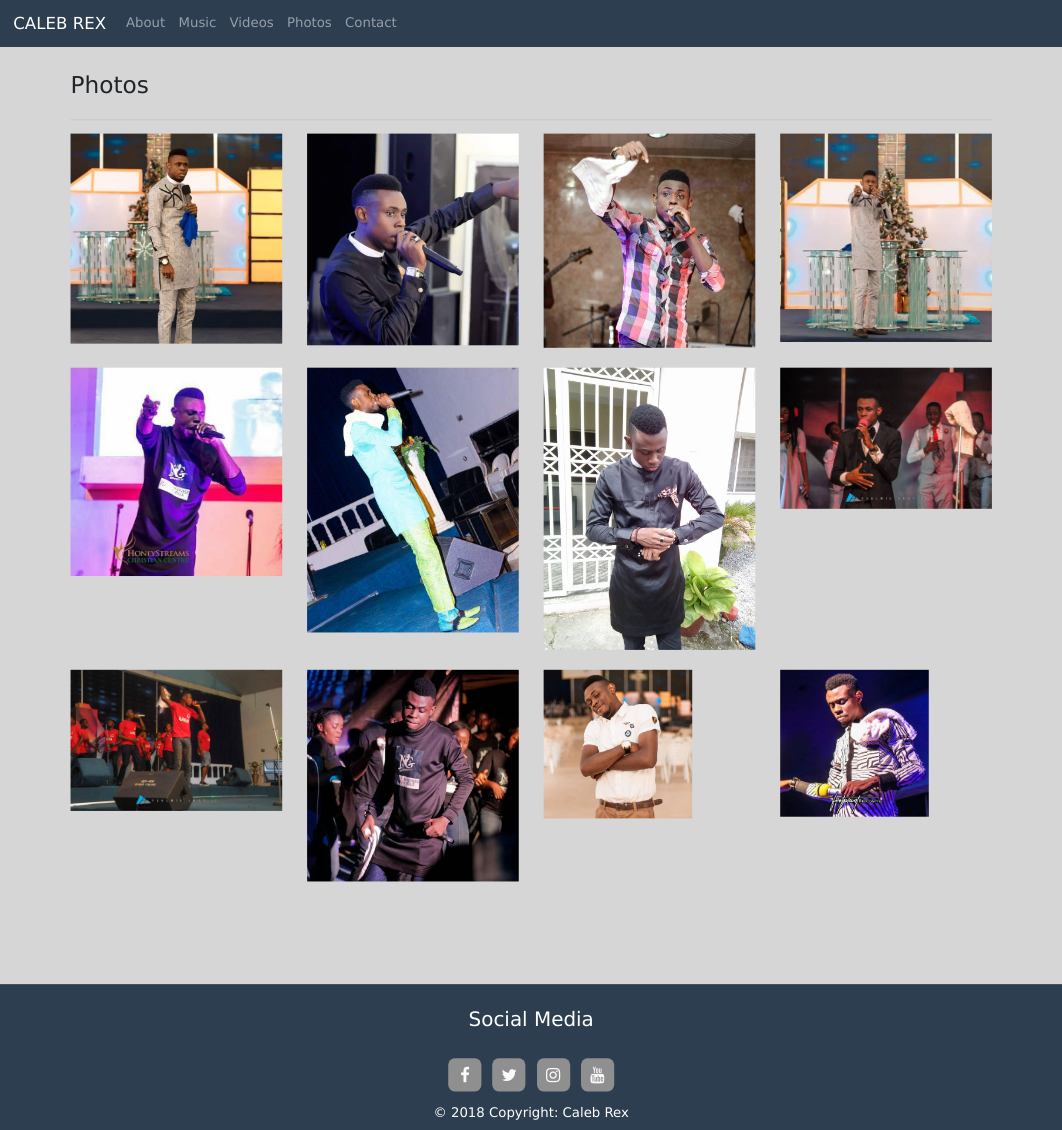
Repository: IchaTreasure/caleb-rex
Page: photos.html
The author's editor kept a record of every edit. The page is drawn from the files as they stood at one moment, then again after the next edit.
The browser window is 1280 px wide. The pictures show the whole page, at 83% of full size.
Some web libraries are served in a nearby version.

Above is the page before.

After the next edit:
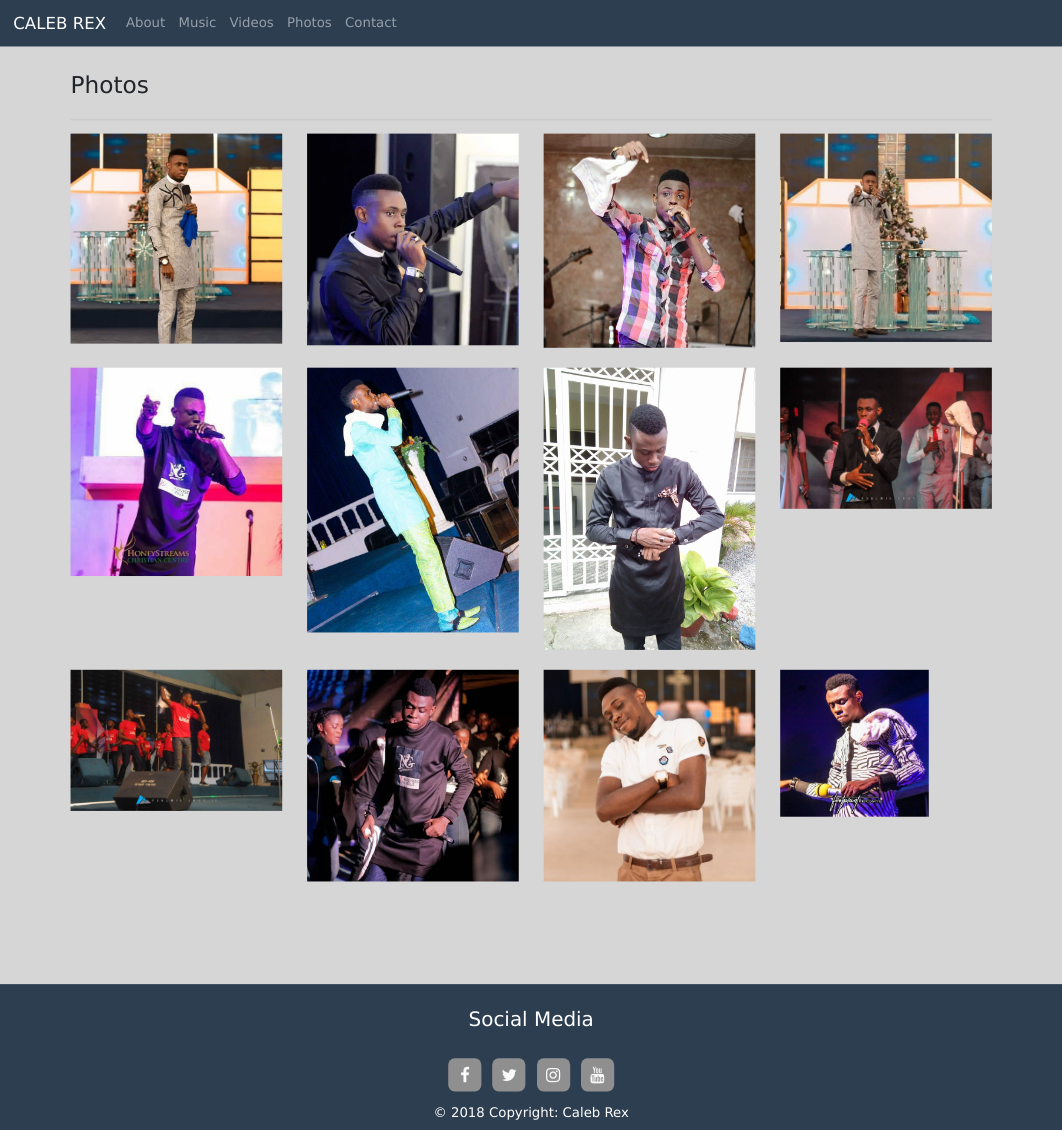
The edit:
--- a/photos.html
+++ b/photos.html
@@ -209,7 +209,7 @@
                 <!-- Modal: Image 11 -->
                 <div class="col-sm-3">
                     <a class="d-block mb-4 h-100">
-            <img class="img-fluid img-hover" src="images/Caleb12.jpg" data-toggle="modal" data-target="#Image12" alt="Caleb 11" style="width: 70%">
+            <img class="img-fluid img-hover" src="images/Caleb12.jpg" data-toggle="modal" data-target="#Image12" alt="Caleb 11" style="width: 100%">
           </a>
                     <!-- Modal Content -->
                     <div class="modal fade" id="Image12" tabindex="-1" role="dialog" aria-hidden="true">
